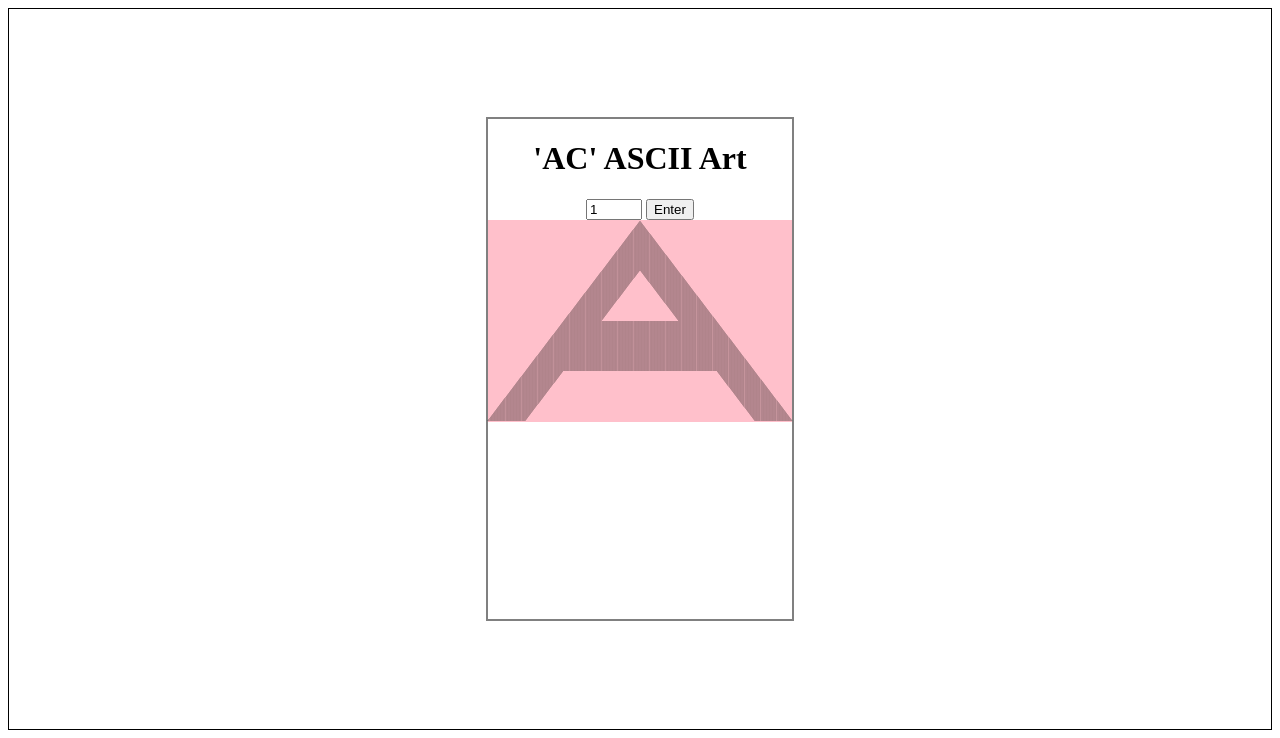
Repository: Achorn/ascii-art
Page: index.html
An editor plug-in stored every save of this project. The page is shown before and after a run of saves, followed by the edit.
The browser window is 1280 px wide. The pictures show the whole page.

Above is the page before, as saved 2021-08-09 18:46:04.

After the next 3 saves:
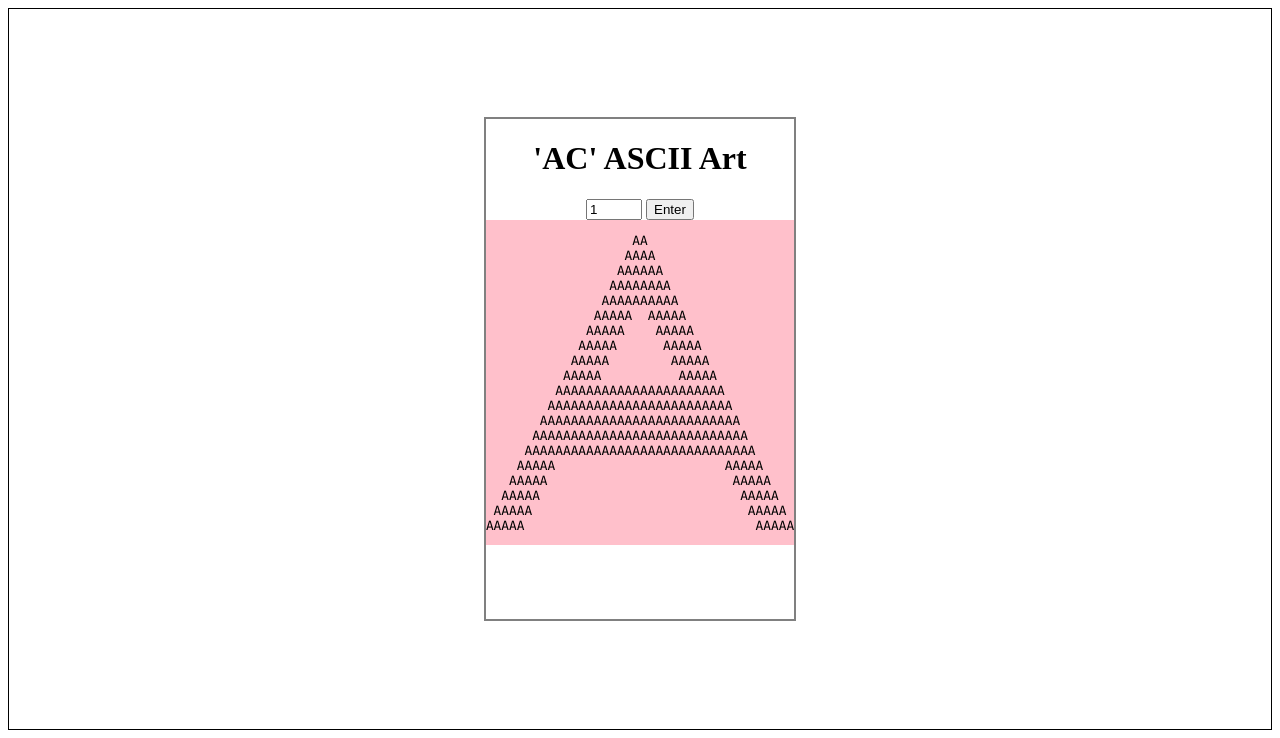
The 3 saves are shown as one change because they came seconds apart.
The last was saved 11 s later.
--- a/myscripts.js
+++ b/myscripts.js
@@ -73,7 +73,7 @@ function trimA(arr, lWidth) {
 
 let monoA = document.getElementById("mono-a");
 let monoC = document.getElementById("mono-c");
-let scale = 50;
+let scale = 5;
 let scaledFour = scaleSpread(four, scale);
 trimA(scaledFour, scale);
 
